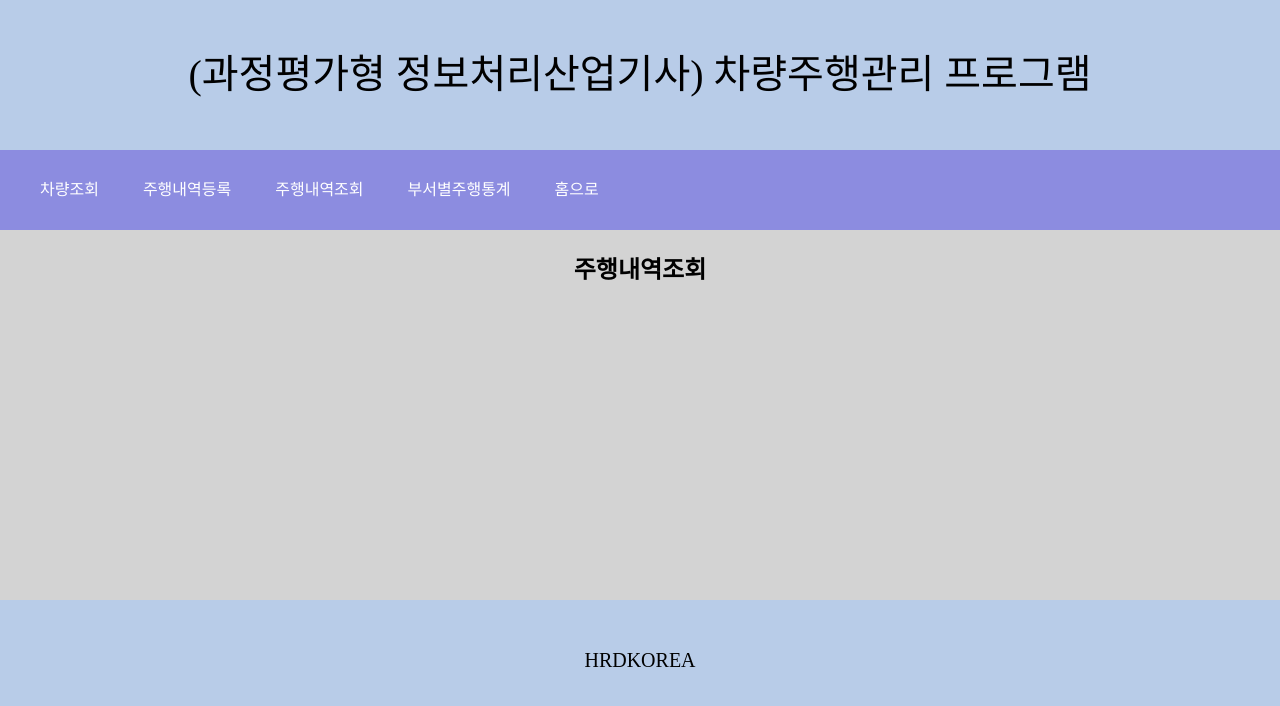
Repository: junhee97/-
Page: http://localhost/HRD_04/r_list.jsp
An editor plug-in stored every save of this project. The page is shown before and after the next save, followed by the edit.
The browser window is 1280 px wide. The pictures show the whole page.
The page is served by Tomcat 9.

Above is the page before, as saved 2025-08-14 14:15:22.

After the next save:
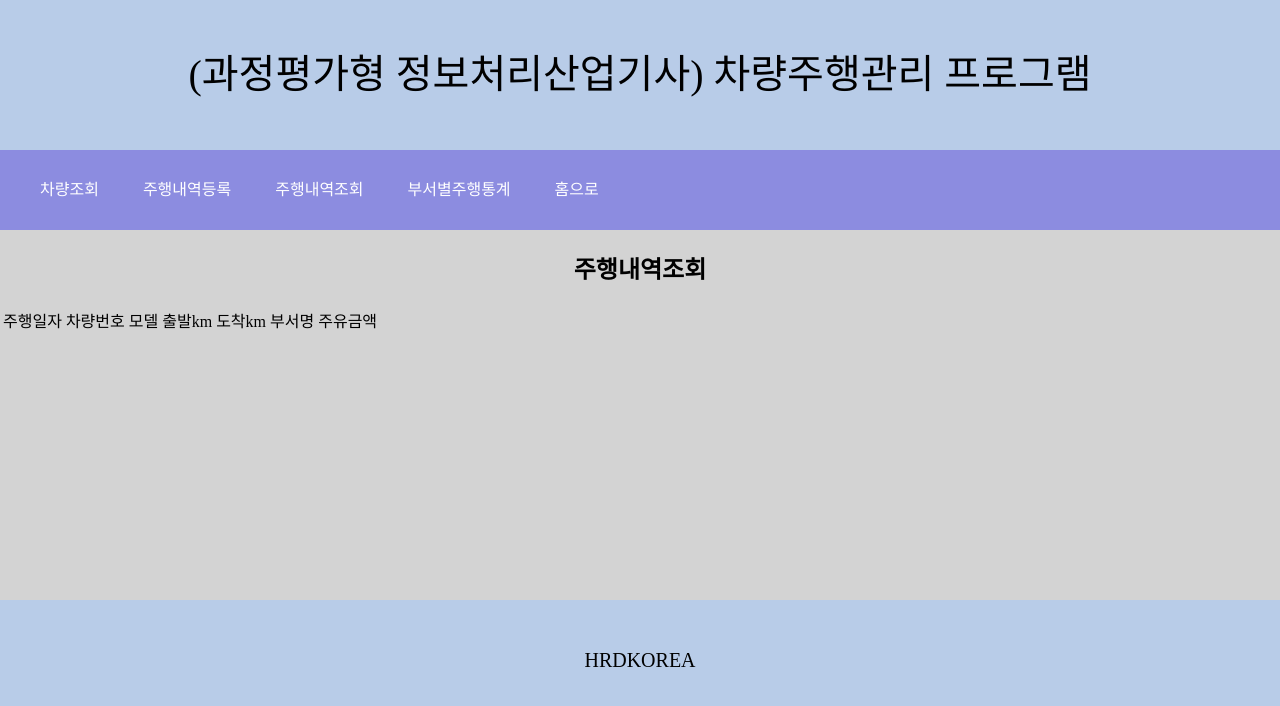
Saved 3 min 26 s later.
--- a/HRD_04/WebContent/r_list.jsp
+++ b/HRD_04/WebContent/r_list.jsp
@@ -13,6 +13,20 @@
 <section style="position: fixed; top: 230px; left: 0px; width: 100%; height: 100%; background-color: lightgray;">
 <h2 style="text-align: center;">주행내역조회</h2>
 
+<form>
+	<table>
+		<tr>
+			<td>주행일자</td>
+			<td>차량번호</td>
+			<td>모델</td>
+			<td>출발km</td>
+			<td>도착km</td>
+			<td>부서명</td>
+			<td>주유금액</td>
+		</tr>
+	</table>
+</form>
+
 </section>
 
 <jsp:include page="footer.jsp"></jsp:include>
